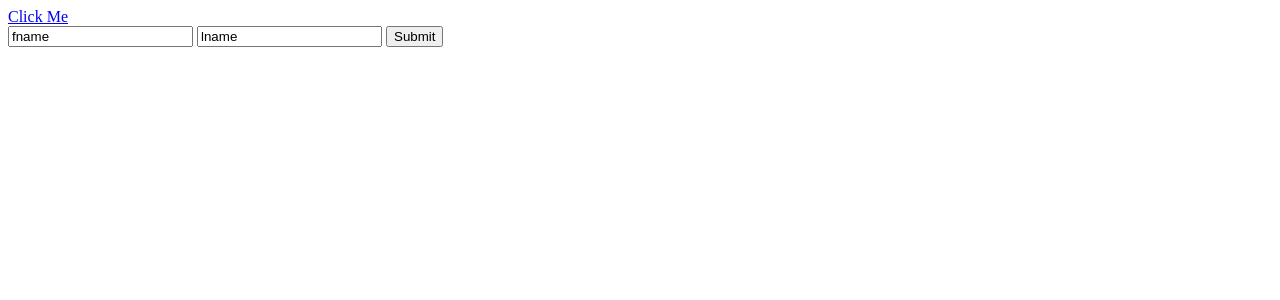
Repository: akki1071993/JavaServlet
Page: HttpServletFilterDemo/src/main/webapp/index.html
An editor plug-in stored every save of this project. The page is shown before and after the next save, followed by the edit.
The browser window is 1280 px wide. The pictures show the whole page.

Above is the page before, as saved 2022-06-15 05:31:10.

After the next save:
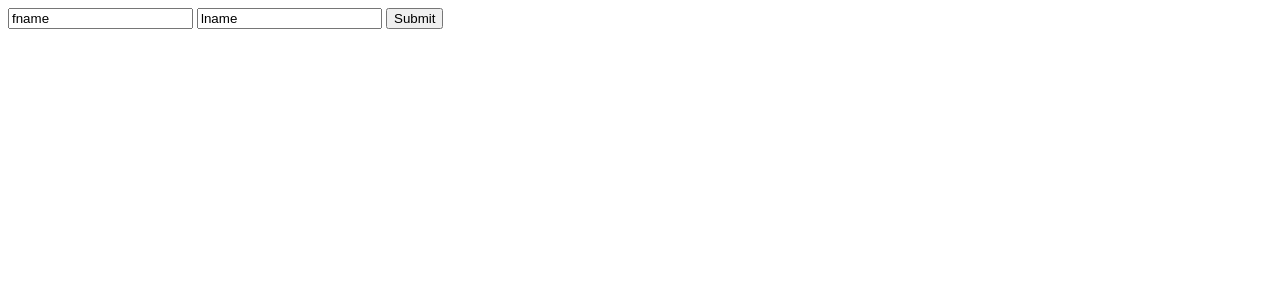
Saved 15 s later.
--- a/HttpServletFilterDemo/src/main/webapp/index.html
+++ b/HttpServletFilterDemo/src/main/webapp/index.html
@@ -5,7 +5,7 @@
 <title>Insert title here</title>
 </head>
 <body>
-<a href="welcome">Click Me</a>
+
 
 
 <form action="loging" method="post">

After the 3 saves that followed:
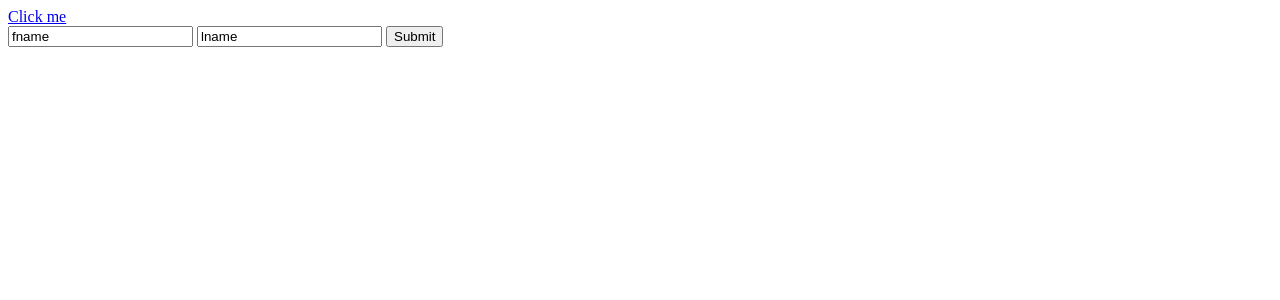
The 3 saves are shown as one change because 2 left the picture as it was.
The last was saved 2 min 56 s later.
--- a/HttpServletFilterDemo/src/main/webapp/index.html
+++ b/HttpServletFilterDemo/src/main/webapp/index.html
@@ -7,7 +7,7 @@
 <body>
 
 
-
+<a href="welcome">Click me</a>
 <form action="loging" method="post">
 <input type="text" value="fname">
 <input type="text" value="lname">
